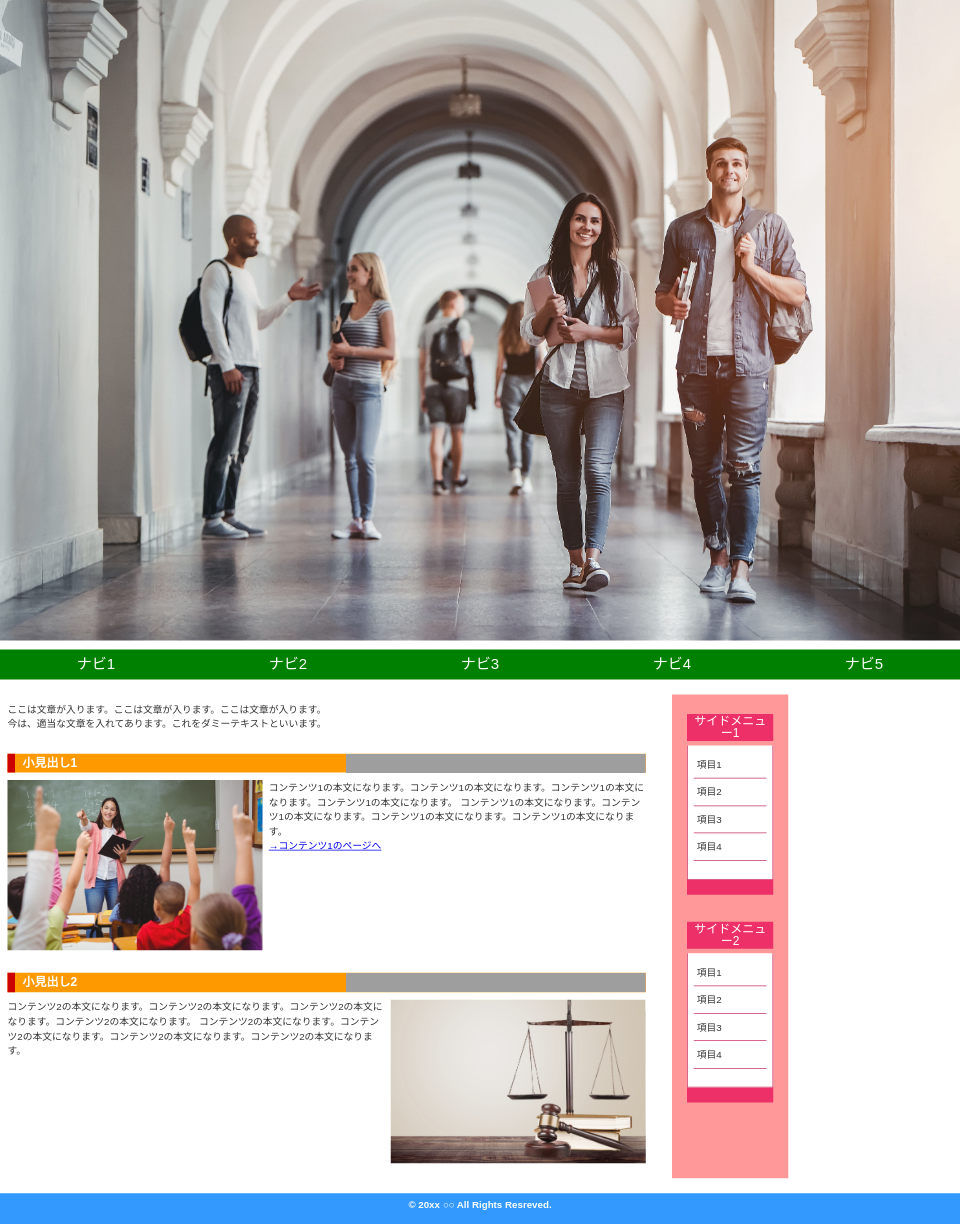
Repository: yepterry/samurai_HTML-CSS
Page: home.html
The author's editor kept a record of every edit. The page is drawn from the files as they stood at one moment, then again after the next edit.
The browser window is 1280 px wide. The pictures show the whole page, at 75% of full size.
Pictures or frames that could not be fetched are drawn as grey boxes.

Above is the page before.

After the next edit:
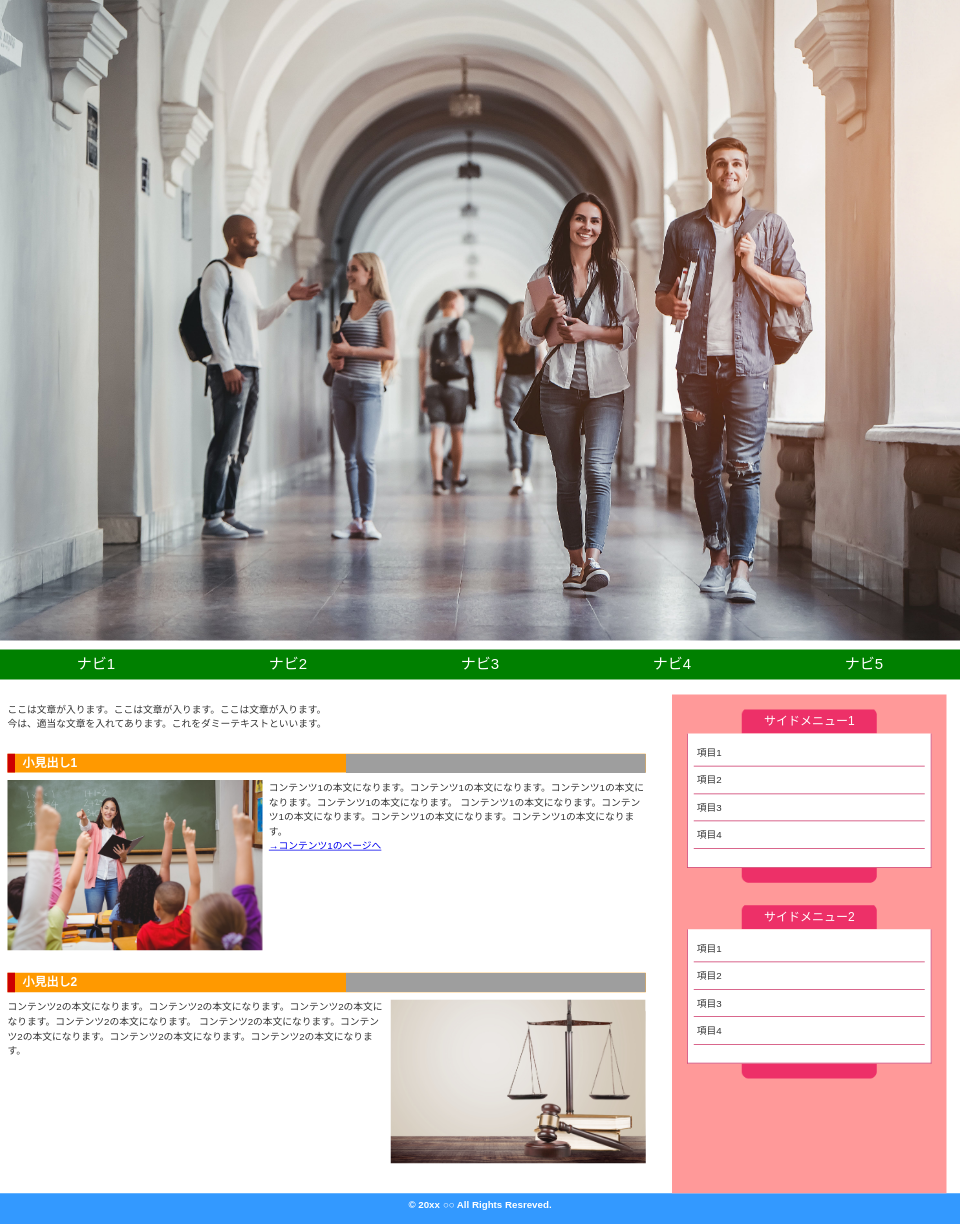
The edit:
--- a/stylesheet.css
+++ b/stylesheet.css
@@ -133,9 +133,8 @@
 /*--------------side-------------*/
 #side {
     width: 85%;
-    margin-bottom: 20px;
-    float: right;
-    width: 30%;
+    /*--下記1行私的追加
+    margin-bottom: 20px;---*/
     padding: 20px;
     background-color: #F99;
 }
